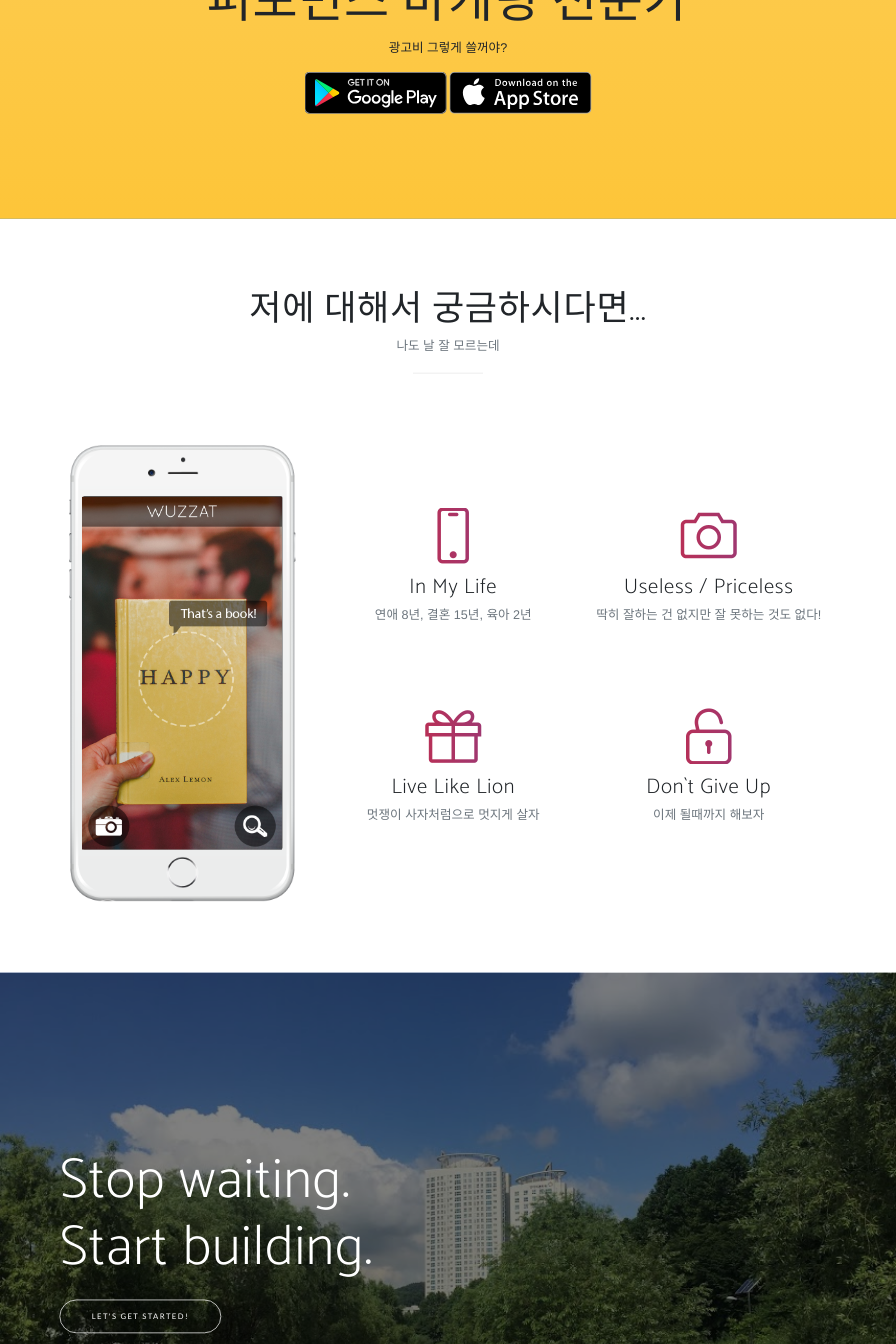
Repository: wijune0327/wijune0327.github.com
Page: introduce/index.html
The author's editor kept a record of every edit. The page is drawn from the files as they stood at one moment, then again after the next edit.
The browser window is 1280 px wide. The pictures show the part of the page from y = 962 to 2882 px (the page is 3573 px tall), at 70% of full size.
Some web fonts or font styles are not loaded; a fallback is used.

Above is the page before.

After the next edit:
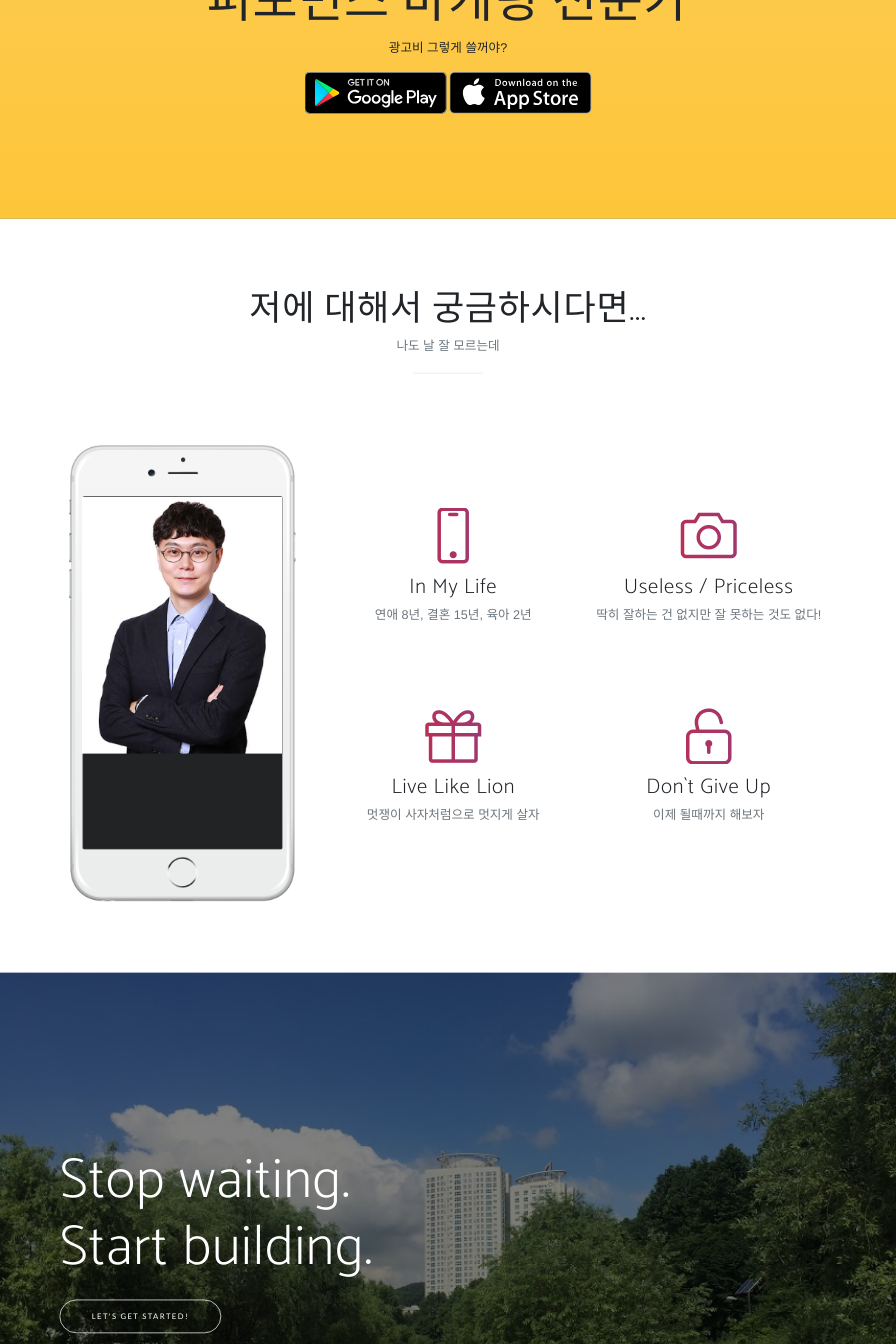
The edit:
--- a/introduce/index.html
+++ b/introduce/index.html
@@ -111,7 +111,7 @@
               <div class="device">
                 <div class="screen">
                   <!-- Demo image for screen mockup, you can put an image here, some HTML, an animation, video, or anything else! -->
-                  <img src="img/demo-screen-1.jpg" class="img-fluid" alt="">
+                  <img src="img/wijune.jpg" class="img-fluid" alt="">
                 </div>
                 <div class="button">
                   <!-- You can hook the "home button" to some JavaScript events or just remove it -->
